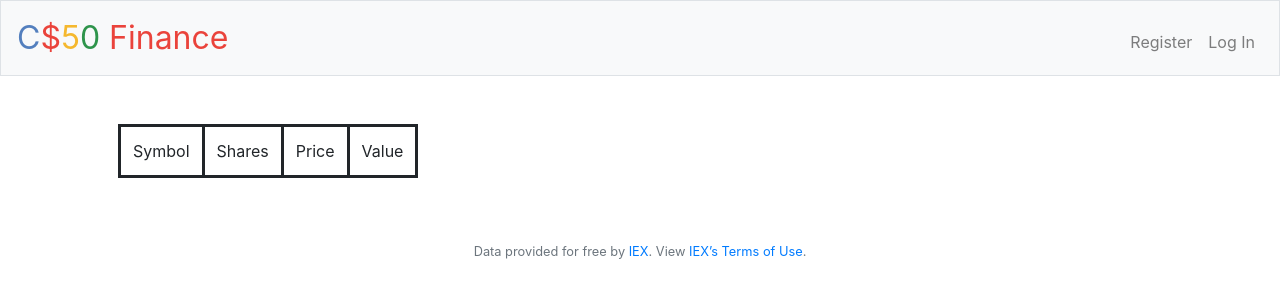
Repository: Mackeyrw/gitTest-CS50
Page: pset8/finance/templates/index.html
The author's editor kept a record of every edit. The page is drawn from the files as they stood at one moment, then again after the next edit.
The browser window is 1280 px wide. The pictures show the whole page.
The template is drawn by Flask 3. The application's start-up code is not run. The template is opened directly, without the code that normally fills it, so the values that code supplies are empty.

Above is the page before.

After the next edit:
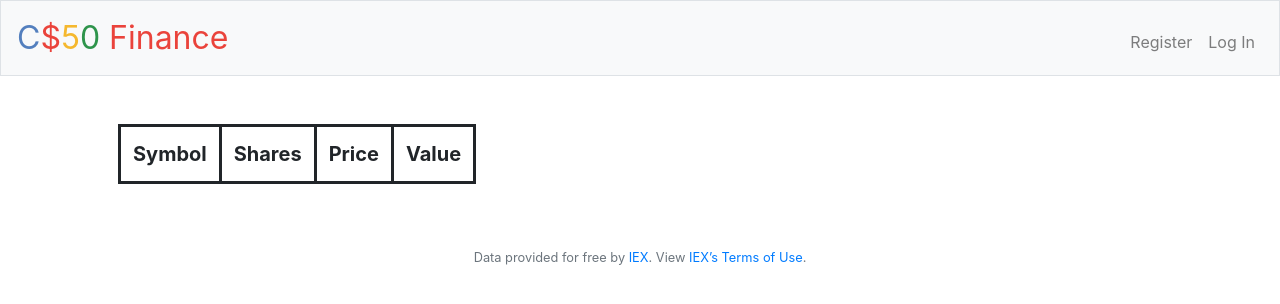
The edit:
--- a/pset8/finance/templates/index.html
+++ b/pset8/finance/templates/index.html
@@ -7,7 +7,7 @@
 {% block main %}
     <div class=table>
         <table>
-            <tr>
+            <tr class=header>
                 <td>Symbol</td><td>Shares</td><td>Price</td><td>Value</td>
             </tr>
             {% for row in rows %}
